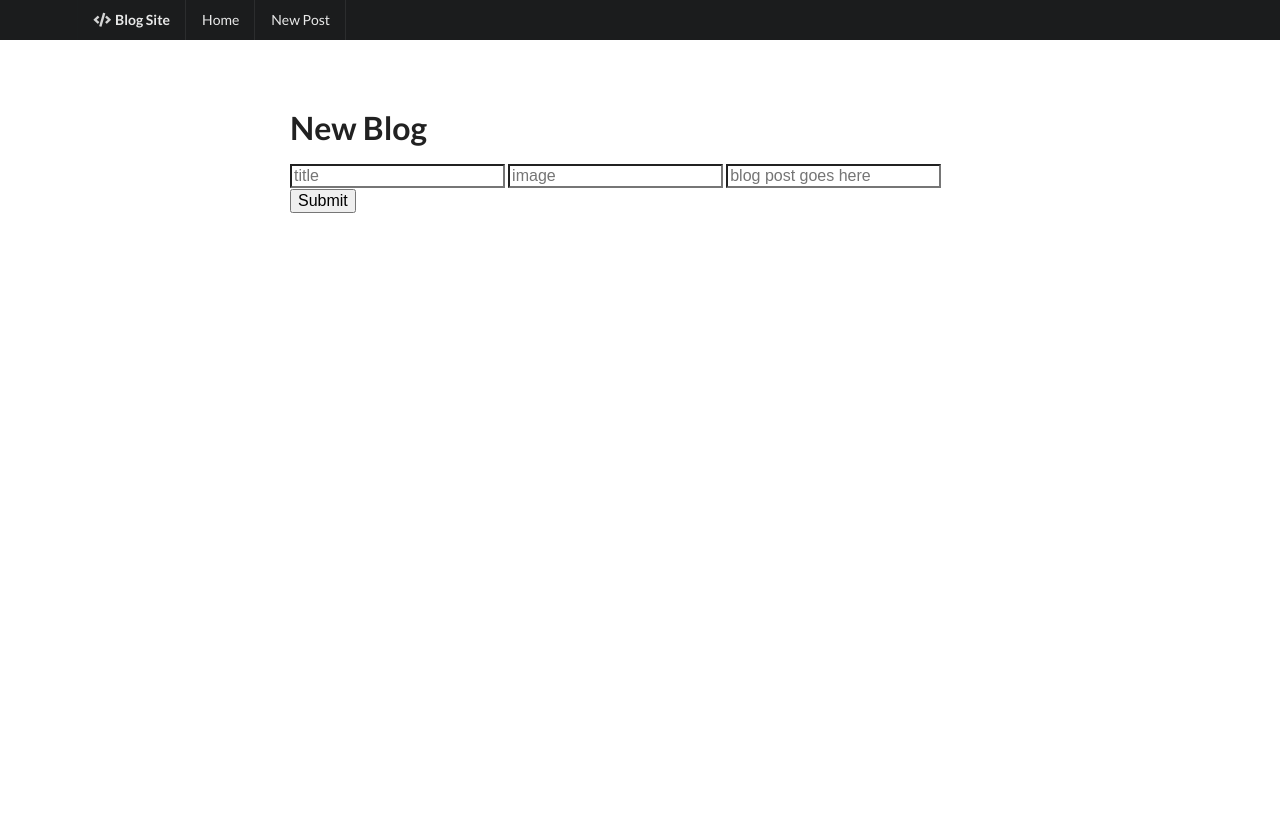
Repository: MR-TYLER31/RESTful_Blog_App
Page: http://localhost/blogs/new
The author's editor kept a record of every edit. The page is drawn from the files as they stood at one moment, then again after the next edit.
The browser window is 1280 px wide. The pictures show the whole page.
Some web libraries are served in a nearby version. The page is served by the project's Node server (app.js).

Above is the page before.

After the next edit:
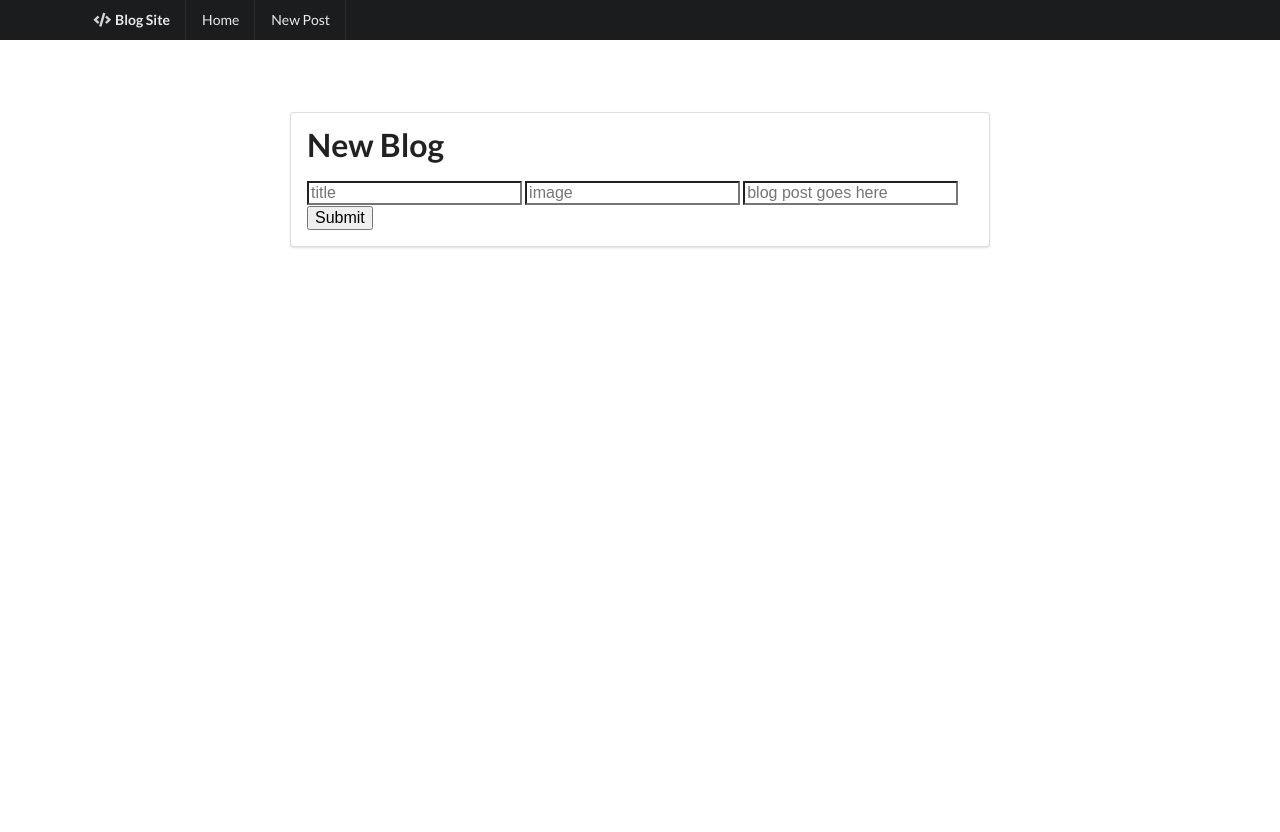
The edit:
--- a/views/new.ejs
+++ b/views/new.ejs
@@ -1,6 +1,6 @@
 <% include ./partials/header %>
 
-<div class="ui main text container segmant">
+<div class="ui main text container segment">
     <div class="ui huge header">New Blog</div>
     <form action+"/blogs" method="POST">
         <input type="text" name="blog[title]" placeholder="title"/>
